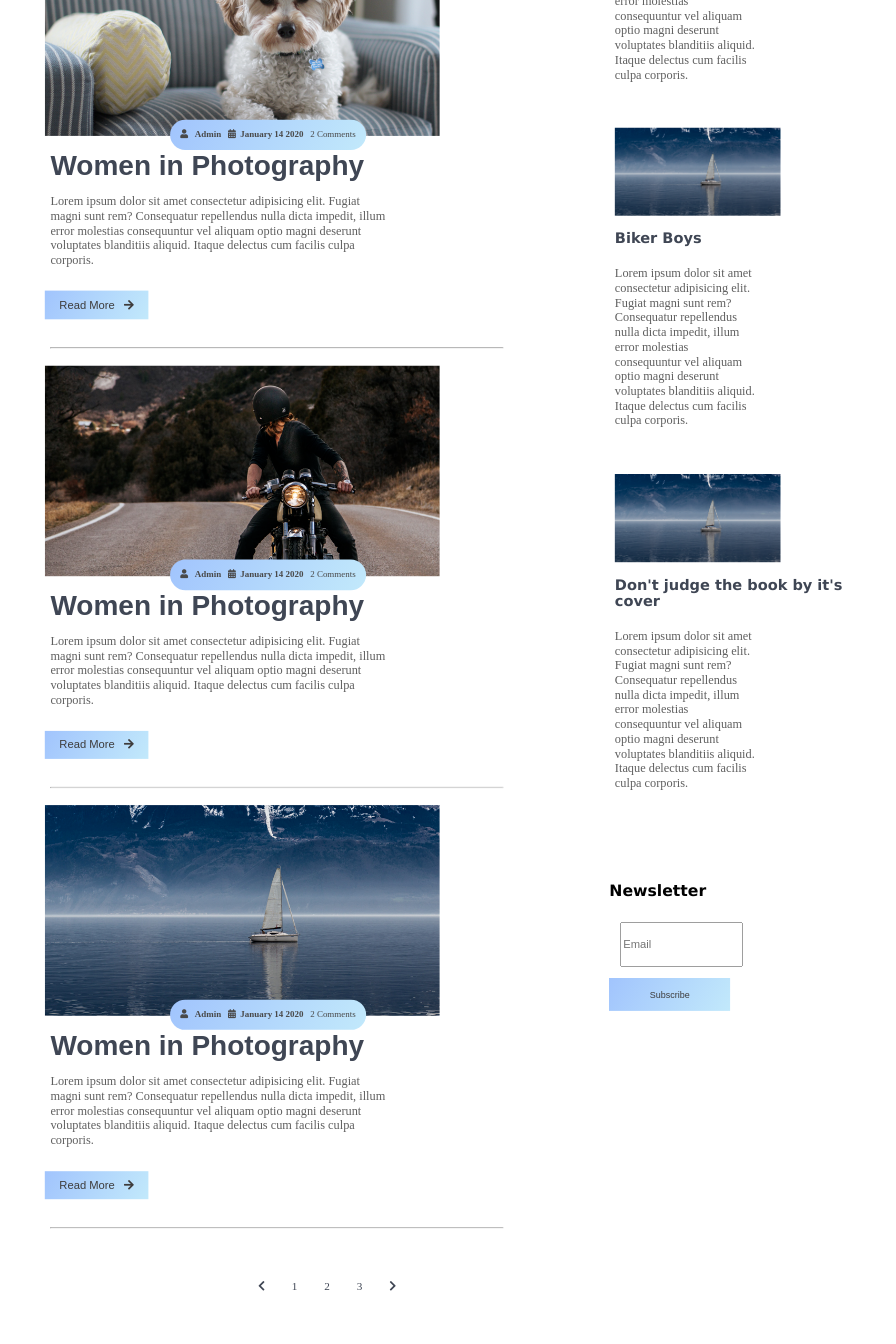
Repository: premjawaharp/Blogsite
Page: index.html
The author's editor kept a copy of each file at every save. The page is drawn from the files as they stood at one save, then again after a run of saves.
The browser window is 1280 px wide. The pictures show the part of the page from y = 2033 to 3953 px (the page is 3953 px tall), at 70% of full size.

Above is the page before, as saved 2020-09-16 21:39:19.

After the next 5 saves:
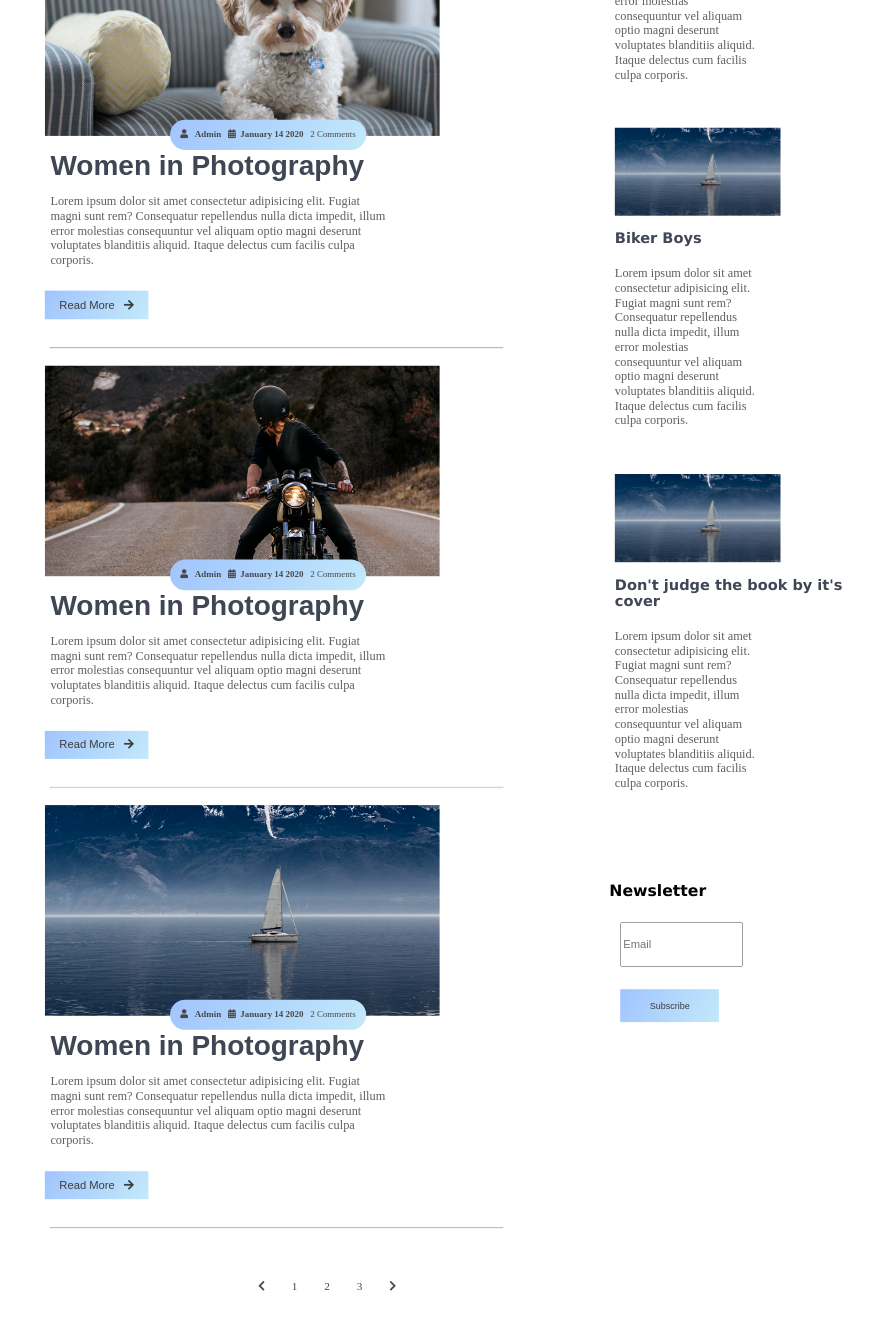
The 5 saves are shown as one change because they came seconds apart.
The last was saved 16 s later.
--- a/css/style.css
+++ b/css/style.css
@@ -409,6 +409,7 @@ main .post-content .post-btn {
 main .news-letter .news-form .new-form-btn {
     border-radius: 0;
     padding: 1rem;
+    margin: 1rem;
     background: var(--water-sky);
     font-size:1vw;
 }
